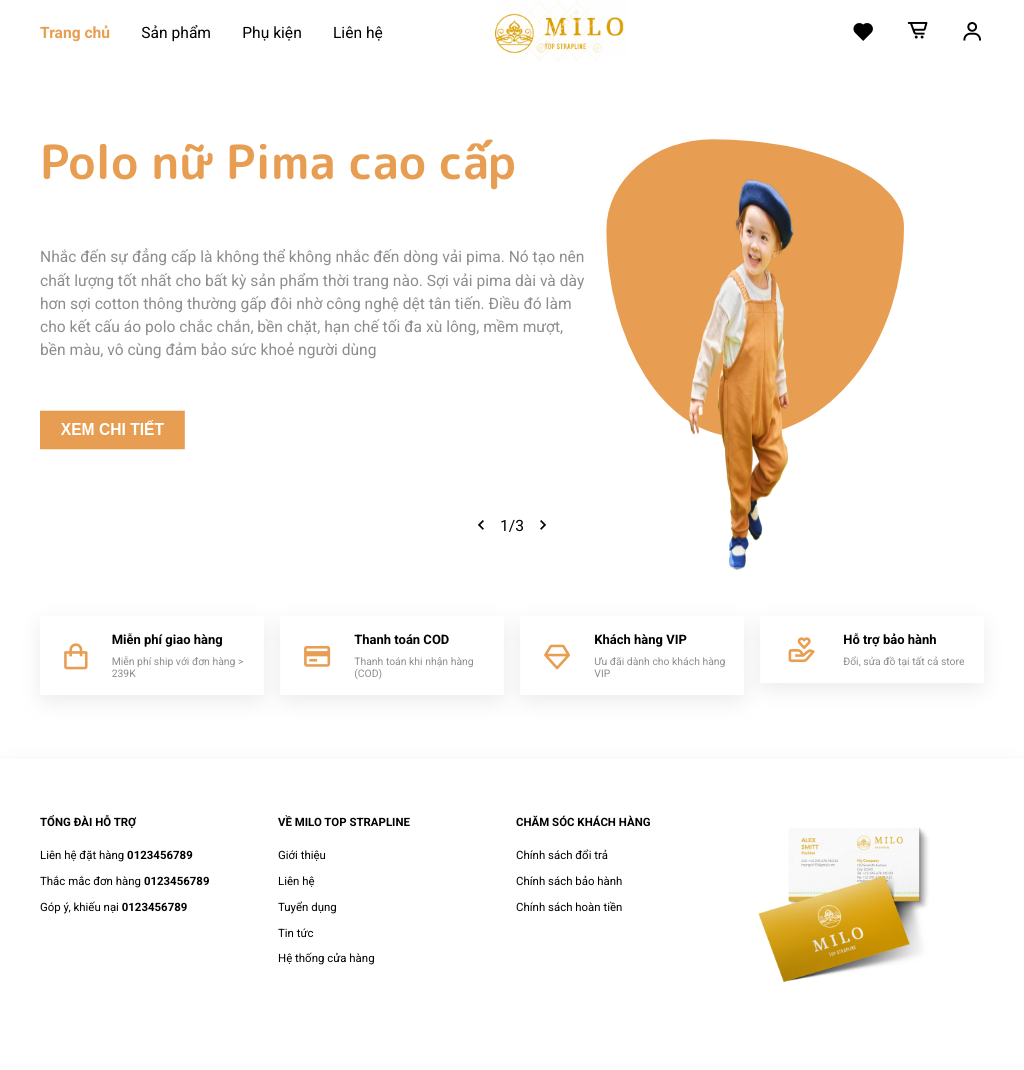
Repository: QuyHoang99k/shop
Page: /
The author's editor kept a copy of each file at every save. The page is drawn from the files as they stood at one save, then again after the next save.
The browser window is 1280 px wide. The pictures show the whole page, at 80% of full size.
The project was rebuilt for these pictures with package versions that can differ from the ones it lists, and the page was loaded fresh each time. Also part of the build but not shown: src/pages/Catalog.jsx, src/pages/Cart.jsx, src/pages/Product.jsx.

Above is the page before, as saved 2021-10-19 10:37:21.

### src/sass/index.scss
@import "./_variables.scss";
@import "./mixins";
@import "./_base.scss";

@import "./components/header";
@import "./components/footer";
@import "./components/hero-slider";
@import "./components/button";
@import "./components/section";
@import "./components/policy-card";

### src/components/Layout.jsx
import React from 'react'

import { BrowserRouter, Route } from 'react-router-dom'

import Header from './Header'
import Footer from './Footer'

import Routes from '../routes/Routes'

const Layout = () => {
    return (
        <BrowserRouter>
            <Route render={props => (
                <div>
                    <Header {...props}/>
                    <div className="container">
                        <div className="main">
                            <Routes/>
                        </div>
                    </div>
                    <Footer/>
                </div>
            )}/>
        </BrowserRouter>
    )
}

export default Layout

### src/sass/_variables.scss
$main-bg: #fff;
$main-color: #E79E52;

$txt-main-color: #000;
$txt-second-color:#8d8d8d;
$txt-white:#fff;

$btn-main-bg: $main-color;
$btn-main-color:#fff;

$header-height:80px;
$header-tablet-height:70px;
$header-mobile-height:40px;
$header-shrink-height:70px;

$box-shadow: rgba(149,157,165,0.2) 0px 8px 24px;

$colors:(
  "blue":#E79E52,
  "orange":#E0D3E9,
  "pink":#C19D71,
  "white":#fff,
  "black":#000,
  "main":$main-color

);
$mobile-width: 600px;
$tablet-width:1024px;

$numbers: (0,1,2,3,4,5,6,7,8);

### src/sass/_mixins.scss
@mixin flex ($align-item, $justify-content) {
    display: flex;
    align-items: $align-item;
    justify-content: $justify-content;
}
@mixin mobile {
    @media only screen and (max-width: $mobile-width){
        @content;
    }
}
@mixin tablet {
    @media only screen and (max-width: $tablet-width){
        @content;
    }
}

### src/sass/_base.scss
@import url("https://fonts.googleapis.com/css2?family=M+PLUS+Rounded+1c:wght@100;300;400;500;700;800;900&family=Roboto:ital,wght@0,100;0,300;0,400;0,500;0,700;0,900;1,100;1,300;1,400;1,500;1,700;1,900&display=swap");

@import url("https://fonts.googleapis.com/css2?family=M+PLUS+Rounded+1c:wght@100;300;400;500;700;800;900&family=Roboto:ital,wght@0,100;0,300;0,400;0,500;0,700;0,900;1,100;1,300;1,400;1,500;1,700;1,900&display=swap");

* {
    padding: 0;
    margin: 0;
    box-sizing: border-box;
    -webkit-tap-highlight-color: transparent;
    user-select: none;
}

html {
    font-size: 13px;
}

body {
    font-family: "Roboto", sans-serif;
}

ul {
    list-style-type: none;
}

a {
    text-decoration: none;
    color: unset;
}

a:hover {
    color: $main-color;
}

img {
    max-width: 100%;
}

@each $color, $val in $colors {
    .color-#{$color} {
        color: $val;
    }

    .bg-#{$color} {
        background-color: $val;
    }
}

@each $val in $numbers {
    .grid-col-#{$val} {
        grid-template-columns: repeat($val, 1fr);
    }
}

@each $val in $numbers {
    .grid-col-md-#{$val} {
        @include tablet {
            grid-template-columns: repeat($val, 1fr);
        }
    }
}

@each $val in $numbers {
    .grid-col-sm-#{$val} {
        @include mobile {
            grid-template-columns: repeat($val, 1fr);
        }
    }
}

.container {
    width: 100%;
    max-width: 1620px;
    padding: 0 50px;
    margin: auto;

    @include tablet {
        padding: 0 20px;
    }

    @include mobile {
        padding: 0 10px;
    }
}

.main {
    margin-top: $header-height;
    margin-bottom: 2rem;
    min-height: 100vh;

    @include tablet {
        margin-top: calc(#{$header-tablet-height} + 20px);
    }

    @include mobile {
        margin-top: calc(#{$header-mobile-height} + 10px);
    }
}

.grid {
    display: grid;
}

### src/sass/components/_header.scss
.header {
    background-color: $main-bg;
    position: fixed;
    top: 0;
    left: 0;
    width: 100%;
    z-index: 100;
    height: $header-height;
    transition: height 0.3s ease;

    @include tablet {
        height: $header-tablet-height;
        box-shadow: $box-shadow;
    }

    @include mobile {
        height: $header-mobile-height;
    }

    .container {
        height: 100%;
    }

    &.shrink {
        height: $header-shrink-height;
        box-shadow: $box-shadow;
        z-index: 100;

        @include mobile {
            height: $header-mobile-height;
        }
    }

    &__logo {
        @include flex(center, center);
        position: absolute;
        inset: 0;
        pointer-events: none;

        img {
            height: 75px;
            margin-left: 120px;
            @include tablet {
                height: 50px;
            }
            @include mobile {
                height: 38px;
                margin-left: 0px;
            }
        }
    }

    &__menu {
        @include flex(center, space-between);
        height: 100%;
        font-size: 1.5rem;

        &__item ~ &__item {
            margin-left: 39px;

            @include tablet {
                margin-left: 20px;
            }

            @include mobile {
                margin-left: 10px;
            }
        }

        &__item.active {
            font-weight: 600;
            color: $main-color;
        }

        &__item:hover {
            color: $main-color;
        }

        &__left,
        &__right {
            @include flex(center, center);
            height: 100%;
        }

        &__right {
            font-size: 2.25rem;

            &__item {
                @include flex(center, center);

                @include tablet {
                    margin-left: 10px;
                }
            }

            @include mobile {
                font-size: 1.5rem;
            }
        }

        &__left {
            &__close {
                display: none;
            }

            @include tablet {
                flex-direction: column;
                background-color: $main-bg;
                position: absolute;
                left: 0;
                top: 0;
                width: 100%;
                height: 100vh;
                justify-content: flex-start;
                padding-top: 30px;
                transform: translateX(-100%);
                transition: transform 0.5s ease;

                &.active {
                    transform: translateX(0);
                }

                &__item ~ &__item {
                    margin-left: unset;
                    margin-top: 20px;
                }

                &__close {
                    display: block;
                    position: absolute;
                    left: 20px;
                    font-size: 2.5rem;
                }
            }
        }

        &__mobile-toggle {
            display: none;

            @include tablet {
                display: block;
                font-size: 2.5rem;
            }
        }
    }
}

### src/sass/components/_footer.scss
.footer{
    padding: 70px 0;
    box-shadow: $box-shadow;
    font-size: 1.1rem;
    &__logo{
        height: 220px;
        width: 220px;
    }

    &__about{
        p{
            margin-bottom: 2rem;
        }
    }
    &__title{
        text-transform: uppercase;
        margin-bottom: 2rem;
        font-weight: 600;
    }
    &__content {
        p {
            margin-bottom: 1.25rem;
        }
    }
}

### src/sass/components/_button.scss
.btn {
    border: 0;
    outline: 0;
    color: $btn-main-color;
    font-size: 1.5rem;
    font-weight: 600;
    text-transform: uppercase;
    cursor: pointer;
    overflow: hidden;
    position: relative;

    @include mobile {
        font-size: 1rem;
    }

    &__txt,
    &__icon {
        display: block;
        transition: transform 0.5s ease;
    }

    &__txt {
        padding: 1rem 2rem;
    }

    &__icon {
        @include flex(center, center);
        font-size: 2rem;
        position: absolute;
        left: 0;
        top: 0;
        height: 100%;
        width: 100%;
        transform: translateX(-100%);
    }

    &-animate:hover &__txt {
        transform: translateX(100%);
    }

    &-animate:hover &__icon {
        transform: translateX(0);
    }

    &-sm {
        font-size: 1rem;
    }

    &-sm &__txt {
        padding: 0.7rem 1.5rem;
    }
}

### src/sass/components/_section.scss
.section{
    margin-bottom: 80px;
    & > * ~ * {
        margin-bottom: 70px;
    }
}

### src/sass/components/_policy-card.scss
.policy-card{
    @include flex(center,flex-start);
    padding: 20px;
    padding-left: 0;
    box-shadow: $box-shadow;
    transition:  transform 0.5s ease;

    &:hover{
        transform: translateY(-20px);
    }
    &__icon{
        @include flex(center,center);
        width: 40%;
        color: $main-color;
        i{
            font-size: 3rem;
        }
    }
    &__info{
        &__name{
            font-size: 1.25rem;
            font-weight: 600;
            margin-bottom: 10px;
        }
        &__description{
            font-size: 1rem;
            color: $txt-second-color;
        }

    }
}

### src/components/Header.jsx
import React, { useRef, useEffect } from 'react'
import { Link, useLocation } from 'react-router-dom'

import logo from '../assets/images/Logo-2.png'

const mainNav = [
    {
        display: "Trang chủ",
        path: "/"
    },
    {
        display: "Sản phẩm",
        path: "/catalog"
    },
    {
        display: "Phụ kiện",
        path: "/accessories"
    },
    {
        display: "Liên hệ",
        path: "/contact"
    }
]

const Header = () => {

    const { pathname } = useLocation()
    const activeNav = mainNav.findIndex(e => e.path === pathname)

    const headerRef = useRef(null)

    useEffect(() => {
        window.addEventListener("scroll", () => {
            if (document.body.scrollTop > 80 || document.documentElement.scrollTop > 80) {
                headerRef.current.classList.add('shrink')
            } else {
                headerRef.current.classList.remove('shrink')
            }
        })
        return () => {
            window.removeEventListener("scroll")
        };
    }, []);

    const menuLeft = useRef(null)

    const menuToggle = () => menuLeft.current.classList.toggle('active')

    return (
        <div className="header" ref={headerRef}>
            <div className="container">
                <div className="header__logo">
                    <Link to="/">
                        <img src={logo} alt="" />
                    </Link>
                </div>
                <div className="header__menu">
                    <div className="header__menu__mobile-toggle" onClick={menuToggle}>
                        <i className='bx bx-menu-alt-left'></i>
                    </div>
                    <div className="header__menu__left" ref={menuLeft}>
                        <div className="header__menu__left__close" onClick={menuToggle}>
                            <i className='bx bx-chevron-left'></i>
                        </div>
                        {
                            mainNav.map((item, index) => (
                                <div
                                    key={index}
                                    className={`header__menu__item header__menu__left__item ${index === activeNav ? 'active' : ''}`}
                                    onClick={menuToggle}
                                >
                                    <Link to={item.path}>
                                        <span>{item.display}</span>
                                    </Link>
                                </div>
                            ))
                        }
                    </div>
                    <div className="header__menu__right">
                        <div className="header__menu__item header__menu__right__item">
                        <i className='bx bxs-heart'></i>
                        </div>
                        <div className="header__menu__item header__menu__right__item">
                            <Link to="/cart">
                            <i class='bx bx-cart-alt'></i>
                            </Link>
                        </div>
                        <div className="header__menu__item header__menu__right__item">
                            <i className="bx bx-user"></i>
                        </div>
                    </div>
                </div>
            </div>
        </div>
    )
}

export default Header

### src/routes/Routes.jsx
/* eslint-disable no-unused-vars */
import React from 'react'
import { Route,Switch } from 'react-router'

import Home from '../pages/Home'
import Catalog from '../pages/Catalog'
import Cart from '../pages/Cart'
import Product from '../pages/Product'



const Routes = () => {
  return (
    <Switch>
      <Route path='/' exact component ={Home}/>
      <Route path='/catalog/:slug' exact component ={Product}/>
      <Route path='/catalog' exact component ={Catalog}/>
      <Route path='/cart' exact component ={Cart}/>
    </Switch>
  )
}

export default Routes

### src/components/Grid.jsx
import React from 'react'
import PropTypes from 'prop-types'

const Grid = props => {

    const style = {
        gap: props.gap ? `${props.gap}px` : '0'
    }

    const col = props.col ? `grid-col-${props.col}` : ''
    const mdCol = props.mdCol ? `grid-col-md-${props.mdCol}` : ''
    const smCol = props.smCol ? `grid-col-sm-${props.smCol}` : ''

    return (
        <div className={`grid ${col} ${mdCol} ${smCol}`} style={style}>
            {props.children}
        </div>
    )
}


Grid.propTypes = {
    col: PropTypes.number.isRequired,
    mdCol: PropTypes.number,
    smCol: PropTypes.number,
    gap: PropTypes.number
}

export default Grid

### src/pages/Home.jsx
import React from 'react'
import Helmet from '../components/Helmet'
import HeroSlider from '../components/HeroSlider'
import heroSliderData from '../assets/fake-data/hero-slider'
import Section, { SectionBody, SectionTitle } from '../components/Section'
import PolicyCard from '../components/PolicyCard'
import Gird from '../components/Grid'

import policy from '../assets/fake-data/policy'
import { Link } from 'react-router-dom'

const Home = () => {
  return (
    <Helmet title="Trang chủ">
      {/* slider */}
      <HeroSlider data={heroSliderData}
        control={true}
        // auto={true}
        timeOut={5000}
      />

      {/* end slider */}
      {/* policy section */}
      <Section>
        <SectionBody>
          <Gird
            col={4}
            mdCol={2}
            smCol={1}
            gap={20}
          >
            {
              policy.map((item, index) => <Link to="/policy">
                <PolicyCard
                  key={index}
                  name={item.name}
                  description={item.description}
                  icon={item.icon}
                />
              </Link>)
            }
          </Gird>
        </SectionBody>
      </Section>
      {/* end policy section */}
      {/* best selling section */}
      <Section>

      </Section>
      {/* end best selling section */}
    </Helmet>
  )
}

export default Home

### src/components/Helmet.jsx
import React from 'react'
import PropTypes from 'prop-types'

const Helmet = props => {

    document.title = 'Milo - ' + props.title
    return (
        <div>
            {props.children}
        </div>
    )
}

Helmet.propTypes = {
    title:PropTypes.string.isRequired
}

export default Helmet

### src/components/HeroSlider.jsx
import React, { useEffect, useState, useCallback } from 'react'
import PropTypes from 'prop-types'
import { Link } from 'react-router-dom'

import Button from './Button'

const HeroSlider = props => {

    const data = props.data

    const timeOut = props.timeOut ? props.timeOut : 3000

    const [activeSlide, setActiveSlide] = useState(0);

    const nextSlide = useCallback(
        () => {
            const index = activeSlide + 1 === data.length ? 0 : activeSlide + 1
            setActiveSlide(index)
        },
        [activeSlide, data],
    )

    const prevSlide = () => {
        const index = activeSlide - 1 < 0 ? data.length - 1 : activeSlide - 1
        setActiveSlide(index)
    }

    useEffect(() => {
        if (props.auto) {
            const slideAuto = setInterval(() => {
                nextSlide()
            }, timeOut);
            return () => {
                clearInterval(slideAuto)
            }
        }
    }, [nextSlide, timeOut, props])

    return (
        <div className="hero-slider">
            {
                data.map((item, index) => (
                    <HeroSliderItem key={index} item={item} active={index === activeSlide}/>
                ))
            }
            {
                props.control ? (
                    <div className="hero-slider__control">
                        <div className="hero-slider__control__item" onClick={prevSlide}>
                            <i className="bx bx-chevron-left"></i>
                        </div>
                        <div className="hero-slider__control__item">
                            <div className="index">
                                {activeSlide + 1}/{data.length}
                            </div>
                        </div>
                        <div className="hero-slider__control__item" onClick={nextSlide}>
                            <i className="bx bx-chevron-right"></i>
                        </div>
                    </div>
                ) : null
            }
        </div>
    )
}

HeroSlider.propTypes = {
    data: PropTypes.array.isRequired,
    control: PropTypes.bool,
    auto: PropTypes.bool,
    timeOut: PropTypes.number
}

const HeroSliderItem = props => (
    <div className={`hero-slider__item ${props.active ? 'active' : ''}`}>
        <div className="hero-slider__item__info">
            <div className={`hero-slider__item__info__title color-${props.item.color}`}>
                <span>{props.item.title}</span>
            </div>
            <div className="hero-slider__item__info__description">
                <span>{props.item.description}</span>
            </div>
            <div className="hero-slider__item__info__btn">
                <Link to={props.item.path}>
                    <Button
                        backgroundColor={props.item.color}
                        icon="bx bx-cart"
                        animate={true}
                    >
                        xem chi tiết
                    </Button>
                </Link>
            </div>
        </div>
        <div className="hero-slider__item__image">
            <div className={`shape bg-${props.item.color}`}></div>
            <img src={props.item.img} alt="" />
        </div>
    </div>
)

export default HeroSlider

### src/components/PolicyCard.jsx
import React from 'react'
import PropTypes from 'prop-types'

const PolicyCard = props => {
    return (
        <div className="policy-card">
            <div className="policy-card__icon">
                <i className={props.icon}></i>
            </div>
            <div className="policy-card__info">
                <div className="policy-card__info__name">
                    {props.name}
                </div>
                <div className="policy-card__info__description">
                    {props.description}
                </div>
            </div>
        </div>
    )
}

PolicyCard.propTypes = {
    name: PropTypes.string.isRequired,
    description:PropTypes.string.isRequired,
    icon:PropTypes.string.isRequired
}

export default PolicyCard

### src/components/Button.jsx
import React from 'react'
import PropTypes from 'prop-types'

const Button = props => {

    const bg = props.backgroundColor ? 'bg-' + props.backgroundColor : 'bg-main'

    const size = props.size ? 'btn-' + props.size : ''

    const animate = props.animate ? 'btn-animate' : ''

    return (
        <button
            className={`btn ${bg} ${size} ${animate}`}
            onClick={props.onClick ? () => props.onClick() : null}
        >
            <span className="btn__txt">{props.children}</span>
            {
                props.icon ? (
                    <span className="btn__icon">
                        <i className={`${props.icon} bx-tada`}></i>
                    </span>
                ) : null
            }
        </button>
    )
}

Button.propTypes = {
    backgroundColor: PropTypes.string,
    size: PropTypes.string,
    icon: PropTypes.string,
    animate: PropTypes.bool,
    onclick: PropTypes.func
}

export default Button

Loaded but not shown: public/index.html (common file); src/reportWebVitals.js (common file); src/assets/boxicons-2.0.7/css/boxicons.min.css (library); src/components/Section.jsx (common file); src/assets/fake-data/policy.js (common file); src/assets/fake-data/hero-slider.js (29 lines, source omitted); src/index.js (22 lines, source omitted); src/sass/components/_hero-slider.scss (210 lines, source omitted); src/components/Footer.jsx (118 lines, source omitted)

After the next save:
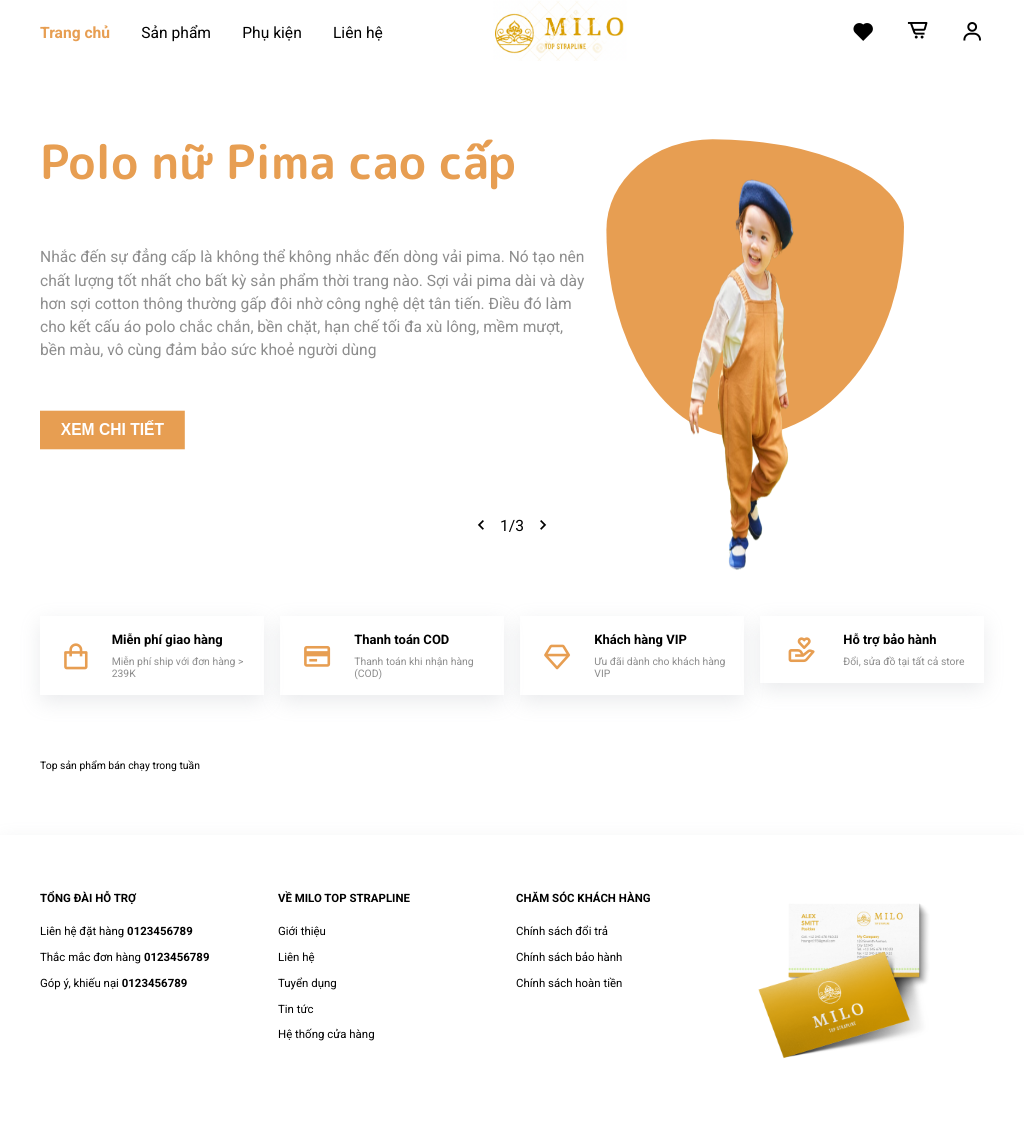
Saved 21 s later.
--- a/src/pages/Home.jsx
+++ b/src/pages/Home.jsx
@@ -45,7 +45,9 @@
       {/* end policy section */}
       {/* best selling section */}
       <Section>
-
+        <SectionTitle>
+          Top sản phẩm bán chạy trong tuần
+        </SectionTitle>
       </Section>
       {/* end best selling section */}
     </Helmet>
